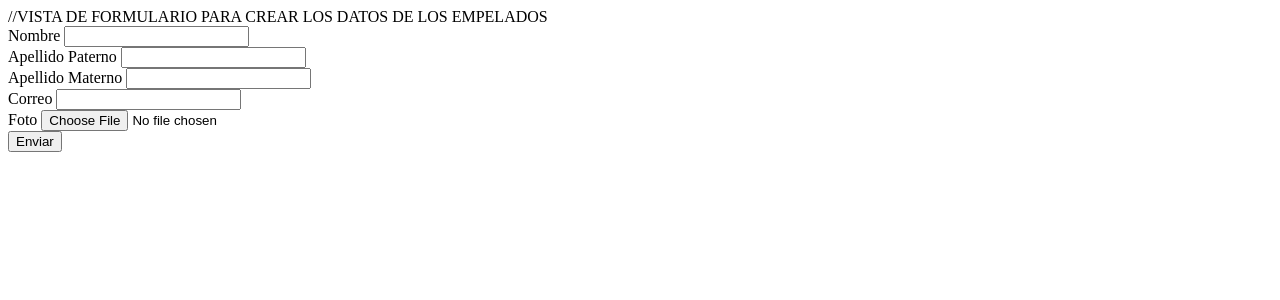
Repository: LionardoGomiz/CRUD-LARAVEL
Page: http://localhost/empleado/create
An editor plug-in stored every save of this project. The page is shown before and after the next save, followed by the edit.
The browser window is 1280 px wide. The pictures show the whole page.
The page is served by the project's Laravel application, run on PHP 8.4 with Laravel 8. Other server files are loaded and not shown.

Above is the page before, as saved 2021-08-02 15:06:55.

### CRUD-Laravel/routes/web.php
<?php

use Illuminate\Support\Facades\Route;
use App\Http\Controllers\EmpleadoController; //IMPORTAR EL CONTROLADOR A USAR
/*
|--------------------------------------------------------------------------
| Web Routes
|--------------------------------------------------------------------------
|
| Here is where you can register web routes for your application. These
| routes are loaded by the RouteServiceProvider within a group which
| contains the "web" middleware group. Now create something great!
|
*/

Route::get('/', function () {
    return view('welcome');
});

//RUTA PARA ACCEDER A MIS VISTAS
Route::get('/empleado', function () {
    return view('empleado.index');
});

//RUTA PARA ACCEDER A LOS METODOS DE MI CONTROLADOR DE FORMA INDIVIDUAL
Route::get('/empleado/create', [EmpleadoController::class,'create']);

//RUTA PARA ACCEDER A TODOS LOS METODOS DE MI CONTROLADOR
Route::resource('empleado',EmpleadoController::class);

### CRUD-Laravel/app/Http/Controllers/EmpleadoController.php
<?php

namespace App\Http\Controllers;

use App\Models\Empleado;
use Illuminate\Http\Request;

class EmpleadoController extends Controller
{
    /**
     * Display a listing of the resource.
     *
     * @return \Illuminate\Http\Response
     */
    public function index()
    {
        //FUNCION ACCEDER A VISTA
        return view('empleado.index');
    }

    /**
     * Show the form for creating a new resource.
     *
     * @return \Illuminate\Http\Response
     */
    public function create()
    {
        //FUNCION INSERTAR DATOS
        return view('empleado.create');
    }

    /**
     * Store a newly created resource in storage.
     *
     * @param  \Illuminate\Http\Request  $request
     * @return \Illuminate\Http\Response
     */
    public function store(Request $request)
    {
        //FUNCION OBTENER DATOS
        $datosEmpleado = request()->all();
        return response()->json($datosEmpleado);
    }

    /**
     * Display the specified resource.
     *
     * @param  \App\Models\Empleado  $empleado
     * @return \Illuminate\Http\Response
     */
    public function show(Empleado $empleado)
    {
        //
    }

    /**
     * Show the form for editing the specified resource.
     *
     * @param  \App\Models\Empleado  $empleado
     * @return \Illuminate\Http\Response
     */
    public function edit(Empleado $empleado)
    {
        //
    }

    /**
     * Update the specified resource in storage.
     *
     * @param  \Illuminate\Http\Request  $request
     * @param  \App\Models\Empleado  $empleado
     * @return \Illuminate\Http\Response
     */
    public function update(Request $request, Empleado $empleado)
    {
        //
    }

    /**
     * Remove the specified resource from storage.
     *
     * @param  \App\Models\Empleado  $empleado
     * @return \Illuminate\Http\Response
     */
    public function destroy(Empleado $empleado)
    {
        //
    }
}

### CRUD-Laravel/resources/views/empleado/create.blade.php
//VISTA DE FORMULARIO PARA CREAR LOS DATOS DE LOS EMPELADOS
<form action="{{ URL('/empleado')}}" method="POST" enctype="multipart/form-data">
    @csrf
    <label for="Nombre">Nombre</label>
<input type="text" name="Nombre" id="Nombre">
<br>
    <label for="ApellidoPaterno">Apellido Paterno</label>
<input type="text" name="ApellidoPaterno" id="ApellidoPaterno">
<br>
    <label for="ApellidoMaterno">Apellido Materno</label>
<input type="text" name="ApellidoMaterno" id="ApellidoMaterno">
<br>
    <label for="Correo">Correo</label>
<input type="text" name="Correo" id="Correo">
<br>
    <label for="Foto">Foto</label>
<input type="file" name="Foto" id="Foto">
<br>
    <label for=""></label>
<input type="submit" name="Enviar" value="Enviar">
<br>
</form>

Loaded but not shown: CRUD-Laravel/app/Http/Controllers/Controller.php (common file)

After the next save:
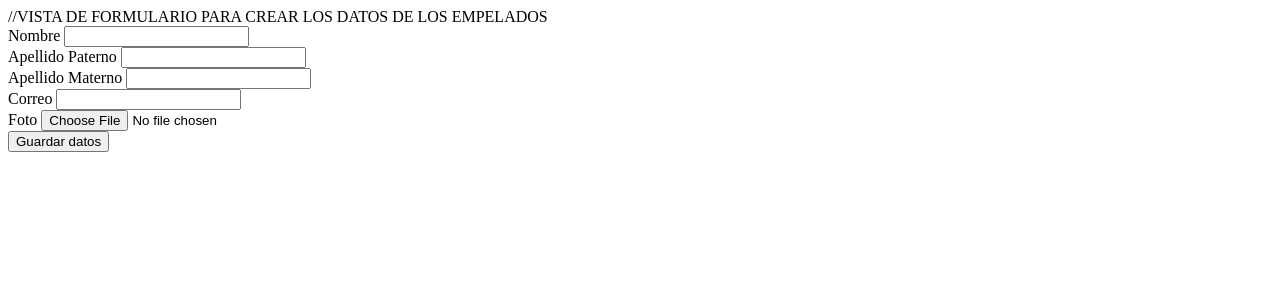
Saved 75 s later.
--- a/CRUD-Laravel/resources/views/empleado/create.blade.php
+++ b/CRUD-Laravel/resources/views/empleado/create.blade.php
@@ -17,6 +17,6 @@
 <input type="file" name="Foto" id="Foto">
 <br>
     <label for=""></label>
-<input type="submit" name="Enviar" value="Enviar">
+<input type="submit" name="Enviar" value="Guardar datos">
 <br>
 </form>
